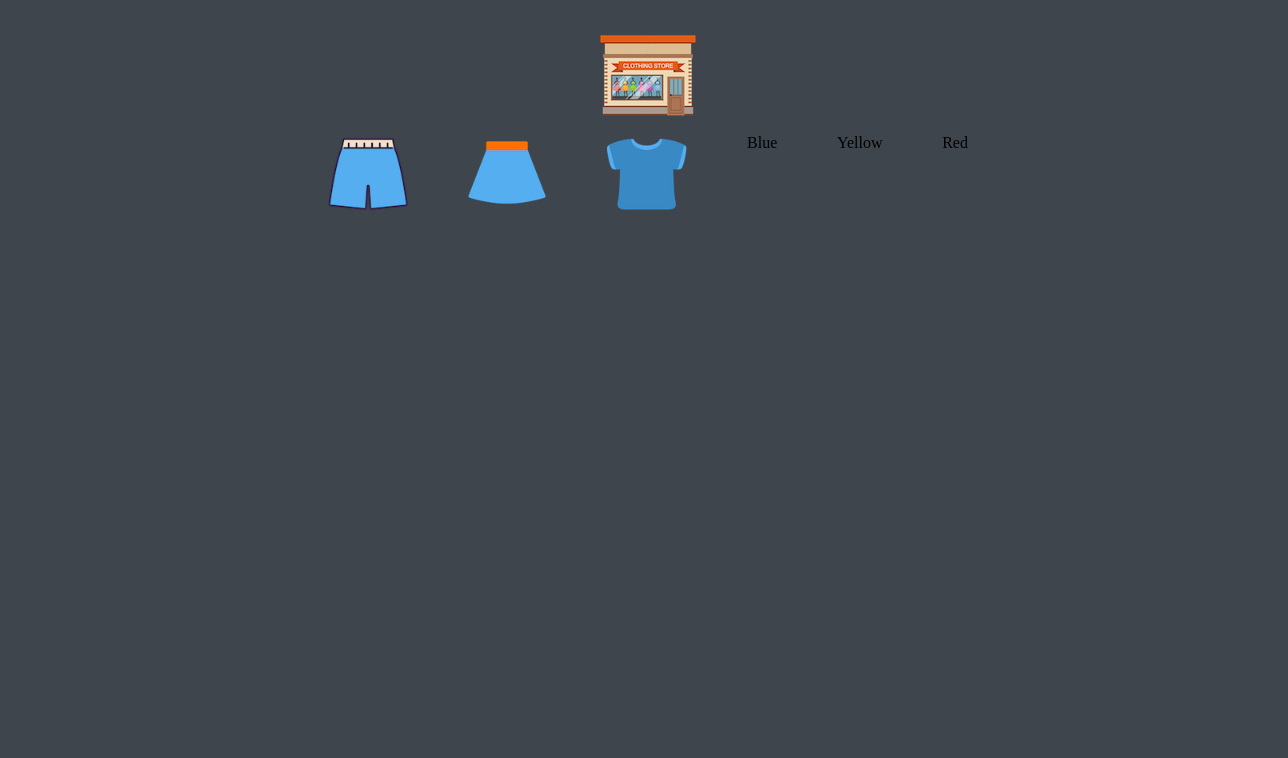
Repository: Jay-JYKim91/elle-shopping-mall
Page: index.html
An editor plug-in stored every save of this project. The page is shown before and after the next save, followed by the edit.
The browser window is 1280 px wide. The page is 1288 px wide, so the pictures cover 1288 px, including what lies to the right of the window. The pictures show the whole page.

Above is the page before, as saved 2021-07-26 19:30:30.

After the next save:
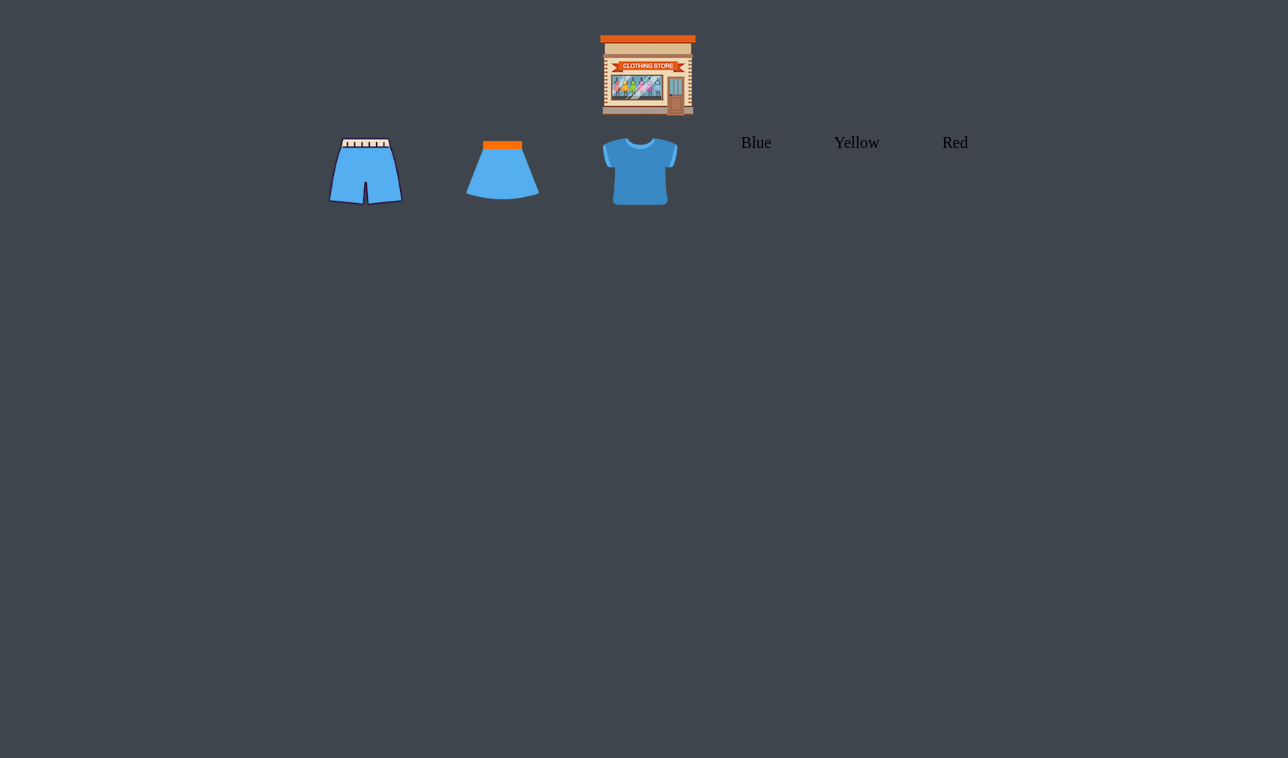
Saved 11 s later.
--- a/style.css
+++ b/style.css
@@ -27,7 +27,8 @@ body {
   justify-content: space-between;
 }
 .options img {
-  width: 80px;
+  width: 75px;
+  height: 75px;
 }
 .color-box {
 }
